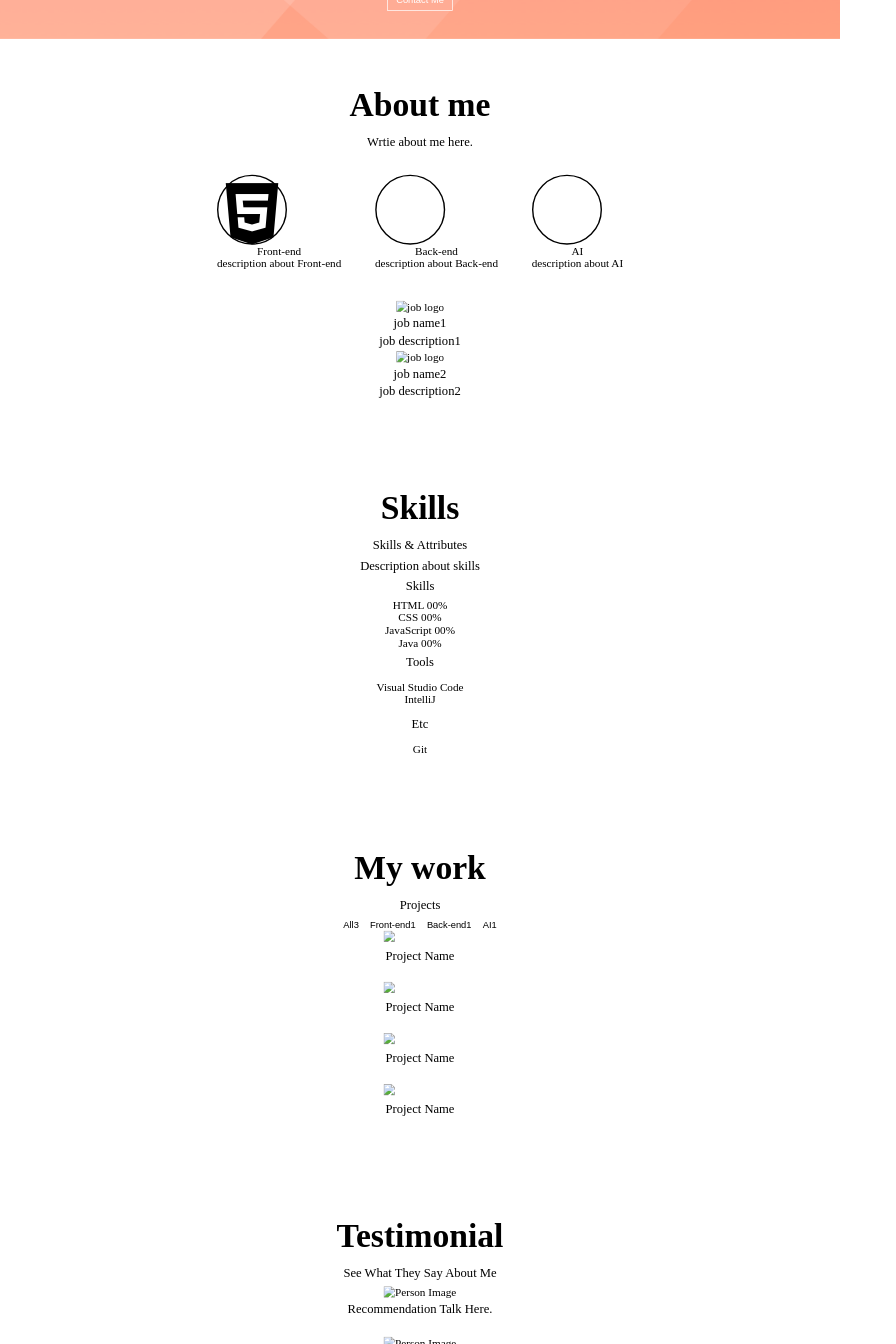
Repository: YEOMJINSEOP/yeomjinseop.github.io
Page: index.html
An editor plug-in stored every save of this project. The page is shown before and after the next save, followed by the edit.
The browser window is 1280 px wide. The pictures show the part of the page from y = 521 to 2441 px (the page is 2816 px tall before and 3016 px after), at 70% of full size.
Some web libraries are served in a nearby version.

Above is the page before, as saved 2022-08-14 13:11:50.

### index.html
<!DOCTYPE html>
<html lang="en">
<head>
  <meta charset="UTF-8">
  <meta http-equiv="X-UA-Compatible" content="IE=edge">
  <meta name="viewport" content="width=device-width, initial-scale=1.0">
  <title>Jinseop's Portfolio</title>
  <meta name="author" content="Jinseop Yeom">
  <meta name="description" content="Portfolio Website For Jinseop Yeom">

  <!--Logo Image-->
  <link rel="icon" type="image/png" href="images/favicon.png">


  <!--Font Awesome-->
  <script src="https://kit.fontawesome.com/d24b25bb21.js" crossorigin="anonymous"></script>

  <!--Google Fonts-->
  <link rel="preconnect" href="https://fonts.googleapis.com">
  <link rel="preconnect" href="https://fonts.gstatic.com" crossorigin>
  <link href="https://fonts.googleapis.com/css2?family=Open+Sans:wght@400;600;700&display=swap" rel="stylesheet">

  <!--CSS-->
  <link rel="stylesheet" href="style.css">

  <!--JavaScript-->
  <script src="main.js" defer></script>

</head>
<body>
  <!--Navbar-->
  <nav id="navbar">
    <div class="navbar__logo">
      <i class="fa-solid fa-utensils"></i>
      <a href="#">Yeom JinSeop</a>
    </div>
    <div>
      <ul class="navbar__menu">
        <li class="navbar__menu__item active">Home</li>
        <li class="navbar__menu__item">About</li>
        <li class="navbar__menu__item">Skill</li>
        <li class="navbar__menu__item">My work</li>
        <li class="navbar__menu__item">Testimonial</li>
        <li class="navbar__menu__item">Contact</li>
      </ul>
    </div>
  </nav>

  <!-- Home -->
  <section id="home" class="section">
    <img src="/images/whileimage.png" alt="Jinseop's image" class="home__avatar">
    <h1 class="home__title">Welcome! <br/> Jinseop's Portfolio</h1>
    <h3 class="home__description">Type Home Description Here.</h3>
    <button class="home__button">Contact Me</button>
  </section>

  <!--About-->
  <section id="about" class="section">
    <h1>About me</h1>
    <p>Wrtie about me here.</p>

    <div class="about__majors">
      <div class="about__majors">
      <div class="major">
        <div class="major__icon">
          <i class="fa-brands fa-html5"></i>
        </div>
        <div class="major__title">
          Front-end
        </div>
        <div class="major__description">
          description about Front-end
        </div>
      </div>

      <div class="major">
        <div class="major__icon">
        </div>
        <div class="major__title">
          Back-end
        </div>
        <div class="major__description">
          description about Back-end
        </div>
      </div>


      <div class="major">
        <div class="major__icon">

        </div>
        <div class="major__title">
          AI
        </div>
        <div class="major__description">
          description about AI
        </div>
      </div>
    </div>
    </div>

    <div class="about__jobs">
      <div class="job">
        <img src="" alt="job logo" class="job__logo">
        <p class="job__name">job name1</p>
        <p class="job__description">job description1</p>
      </div>
      <div class="job">
        <img src="" alt="job logo" class="job__logo">
        <p class="job__name">job name2</p>
        <p class="job__description">job description2</p>
      </div>
    </div>
  </section>

  <!--Skills-->
  <section id="skills" class="section">
    <h1>Skills</h1>
    <h3>Skills & Attributes</h3>
    <p>Description about skills</p>
    <div class="skillset">
      <div class="skillset__left">
        <h3 class="skillset__title">Skills</h3>
        <div class="skill">
          <div class="skill_description">
            <span>HTML</span>
            <span>00%</span>
          </div>

          <div class="skill__bar">
            <div class="skill__value"></div>
          </div>
        </div>

        <div class="skill">
          <div class="skill_description">
            <span>CSS</span>
            <span>00%</span>
          </div>

          <div class="skill__bar">
            <div class="skill__value"></div>
          </div>

          <div class="skill">
            <div class="skill_description">
              <span>JavaScript</span>
              <span>00%</span>
            </div>

            <div class="skill__bar">
              <div class="skill__value"></div>
            </div>
          </div>
        </div>

        <div class="skill">
          <div class="skill_description">
            <span>Java</span>
            <span>00%</span>
          </div>

          <div class="skill__bar">
            <div class="skill__value"></div>
          </div>
        </div>
      </div>
      <div class="skillset_right">
        <div class="tools">
          <h3 class="skillset__title">Tools</h3>
          <ul class="tools_list">
            <li><span>Visual Studio Code</span></li>
            <li><span>IntelliJ</span></li>
          </ul>
        </div>

        <div class="etc">
          <h3 class="skillset__title">Etc</h3>
          <ul class="etc__list">
            <li><span>Git</span></li>
          </ul>
        </div>

      </div>
    </div>
  </section>

  <!--Work-->
  <section id="work" class="section">
    <h1>My work</h1>
    <h3>Projects</h3>
    <div class="work__categories">
      <button class="category__btn">All<span class="category__count">3</span></button>
      <button class="category__btn">Front-end<span class="category__count">1</span></button>
      <button class="category__btn">Back-end<span class="category__count">1</span></button>
      <button class="category__btn">AI<span class="category__count">1</span></button>
    </div>

    <div class="work__projects">
      <a href="#" class="project" target="blank">
        <img src="" alt="project image" class="project__image">
        <div class="project__description">
          <h3>Project Name</h3>
          <span>Description about Project</span>
        </div>
      </a>

      <a href="#" class="project" target="blank">
        <img src="" alt="project image" class="project__image">
        <div class="project__description">
          <h3>Project Name</h3>
          <span>Description about Project</span>
        </div>
      </a>

      <a href="#" class="project" target="blank">
        <img src="" alt="project image" class="project__image">
        <div class="project__description">
          <h3>Project Name</h3>
          <span>Description about Project</span>
        </div>
      </a>

      <a href="#" class="project" target="blank">
        <img src="" alt="project image" class="project__image">
        <div class="project__description">
          <h3>Project Name</h3>
          <span>Description about Project</span>
        </div>
      </a>
    </div>
  </section>

  <!--Testimonial-->
  <section id="testimonial" class="section">
    <h1>Testimonial</h1>
    <h3>See What They Say About Me</h3>
    <div class="testimonials">
      <div class="testimonial">
        <img src="" alt="Person Image" class="testimonial__avatar">
        <div class="testimonial__speech_bubble">
          <p>Recommendation Talk Here.</p>
          <p class="name"><a href="#">Professor A</a></p>
        </div>
      </div>

      <div class="testimonial">
        <img src="" alt="Person Image" class="testimonial__avatar">
        <div class="testimonial__speech_bubble">
          <p>Recommendation Talk Here.</p>
          <p class="name"><a href="#">Professor A</a></p>
        </div>
      </div>
    </div>
  </section>

  <!--Contact-->
  <section id="contact" class="section">
    <h1>Let's Talk</h1>
    <h3>yeom_123@naver.com</h3>
    <div class="contact_links">
      <a href="#" target="blank">
        <i class = "fab fa-github"></i>
      </a>

      <a href="#" target="blank">
        <i class = "fa fa-linkedin-square"></i>
      </a>
    </div>
    <p class="contact_rights">
      2022 YEOM JINSEOP - All rights reserved
    </p>
  </section>
</body>
</html>

### style.css
 /* Global */

 :root{
  /* Color */
  --color-white: #ffffff;
  --color-light-white: #eeeeee;
  --color-dark-whtie: #bdbdbd;
  --color-pink: #fe918d;
  --color-dark-pink: #ff6863;
  --color-black: #4d4d4d;
  --color-grey: #616161;
  --color-light-gray: #7c7979;
  --color-blue: #73aace;
  --color-yellow: #fff7d1;
  --color-orange: #feb546;
  --color-black: #000000;

  /* Font size */
  --font-large: 48px;
  --font-medium: 28px;
  --font-regular: 18px;
  --font-small: 16px;
  --font-micro: 14px;


  /* Font Weight */
  --weight-bold: 700;
  --weight-semi-bold: 600;
  --weight-regular: 400;

  /* Size */
  --size-border-radius: 4px;

 }

 /* Universal tages */
 * {
  box-sizing: border-box;
 }

 body{
  margin: 0;
  font-family:'Gill Sans', 'Gill Sans MT', Calibri, 'Trebuchet MS', sans-serif
  cursor: default;
}

 a{
  text-decoration: none;
  color: var(--color-white);
 }

 ul{
  list-style: none;
  padding-left: 0;
 }

 button{
  background-color: transparent;
  border: none;
  cursor: pointer;
 }



 /* Typography */

 h1{
  font-size: var(--font-large);
  font-weight: var(--weight-bold);
  color: var(--color-black);
  margin: 16px 0;
 }

 h2{
  font-size: var(--font-medium);
  font-weight: var(--weight-semi-bold);
  color: var(--color-black);
  margin: 8px 0;
 }

 h3{
  font-size: var(--font-regular);
  font-weight: var(--weight-regular);
  color: var(--color-black);
  margin: 8px 0;
 }

 p{
  font-size: var(--font-regular);
  font-weight:  var(--font-regular);
  color: var(--color-black);
  margin: 4px 0;
 }

 /* Body  */

 /* Nav */
 #navbar{
  display: flex;
  justify-content: space-between;
  align-items: center;
  background-color: var(--color-pink);
  color: var(--color-white);
  padding: 16px;
 }

 .navbar__logo{
  font-size: var(--font-medium);
  font-weight: var(--weight-semi-bold);
  padding: 8px 12px;
 }

 .navbar__menu{
  display: flex;
  font-size: var(--font-small);
  font-weight: var(--weight-regular);
 }

 .navbar__menu__item.active{
  border: 1px solid white;
 }

 .navbar__menu__item{
  padding: 8px 12px;
  margin: 0 4px;
  border-radius: var(--size-border-radius);
  cursor: pointer;
 }

 .navbar__menu__item:hover{
  background-color: var(--color-dark-pink);
 }

 /* Home */

 #home{
  background-image: url('/images/homebackground.png');
  background-position: center;
  background-repeat: no-repeat;
  background-size: cover;
  padding: 40px;
  text-align: center;
 }

 .home__avatar{
  border: 2px solid var(--color-white);
  border-radius: 50%;
  width: 200px;
  height: 200px;
 }

 .home__title,
 .home__description{
  font-size: var(--font-medium);
  color: var(--color-white);
  padding: 4px;
 }

 .home__button{
  border: 1px solid var(--color-white);
  padding: 8px 12px;
  margin-top: 8px;
  color: var(--color-white);
 }

.home__button:hover{
  background-color: var(--color-dark-pink);
}

/* Section Common */
.section{
  padding: 50px;
  text-align: center;
  max-width: 1200px;
}

/* About */

.about__majors{
  display: flex;
  margin: auto;
  padding: 12px;
}

.major{
  margin: 8px 24px;
}

.major__icon{
  height: 100px;
  width: 100px;
  font-size: 100px;
  border: 2px solid black;
  border-radius: 50%;
}

.about__jobs{
  margin: 12px;
}

Loaded but not shown: main.js (no copy from this time; the picture is the same without it)

After the next save:
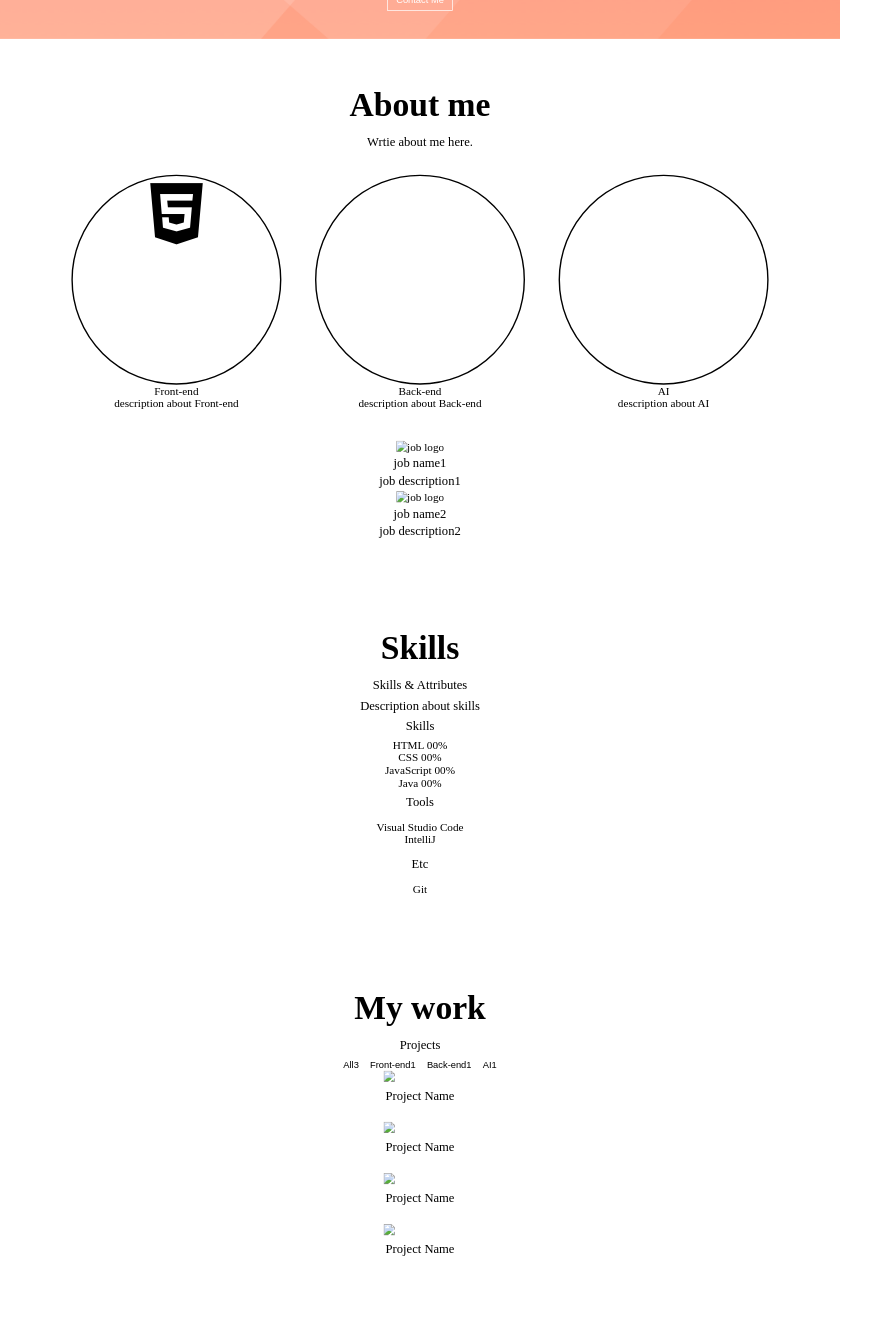
Saved 7 s later.
--- a/style.css
+++ b/style.css
@@ -187,8 +187,8 @@
 }
 
 .major__icon{
-  height: 100px;
-  width: 100px;
+  height: 300px;
+  width: 300px;
   font-size: 100px;
   border: 2px solid black;
   border-radius: 50%;
